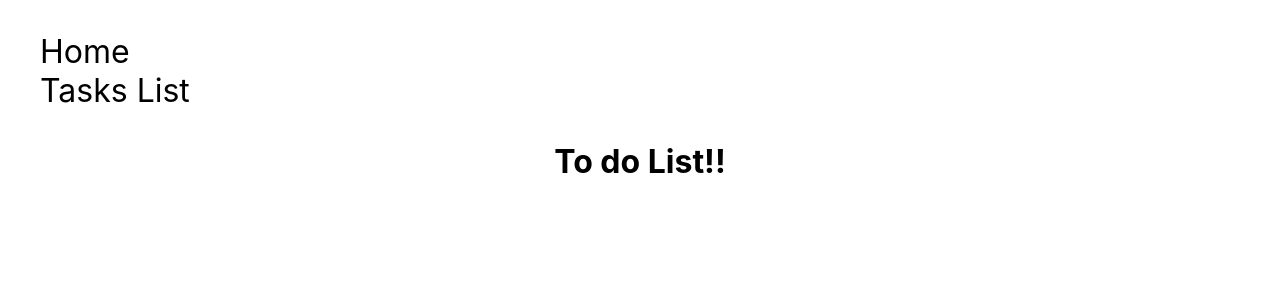
Repository: runner855/abstract_todolist
Page: /
An editor plug-in stored every save of this project. The page is shown before and after the next save, followed by the edit.
The browser window is 1280 px wide. The pictures show the whole page.
The project was rebuilt for these pictures with package versions that can differ from the ones it lists, and the page was loaded fresh each time.

Above is the page before, as saved 2022-11-08 15:18:30.

### src/App.tsx
import React from "react";
import { Header } from "./Header";
import "./App.css";

export const App = () => {
  return (
    <div className="App">
      <Header />
      <h1>To do List!!</h1>
    </div>
  );
};

### src/Header.tsx
import * as React from "react";
import "./Header.css";

export const Header = () => {
  return (
    <div className="home">
      <ul>
        <li>Home</li>
        <li>Tasks List</li>
      </ul>
    </div>
  );
};

### src/Header.css
ul{
   text-align: left;
   list-style: none;
   font-size: 2em;
}

Loaded but not shown: public/index.html (common file); src/index.tsx (common file); src/index.css (common file); src/App.css (common file)

After the next save:
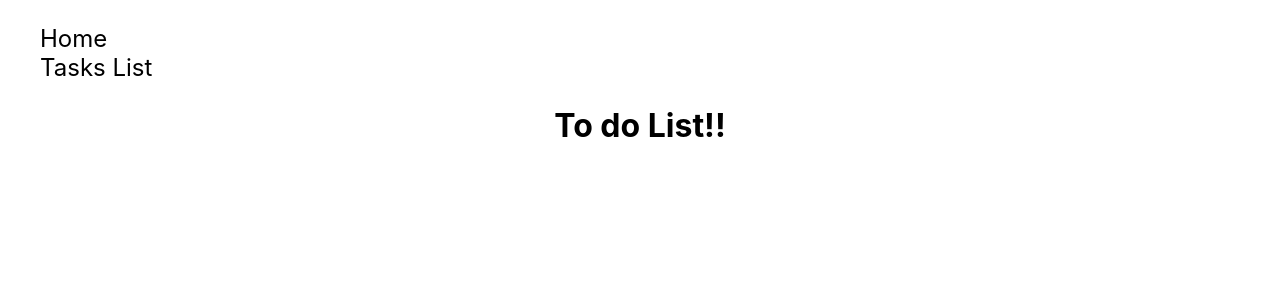
Saved 29 s later.
--- a/src/Header.css
+++ b/src/Header.css
@@ -1,5 +1,5 @@
 ul{
    text-align: left;
    list-style: none;
-   font-size: 2em;
+   font-size: 1.5em;
 }
